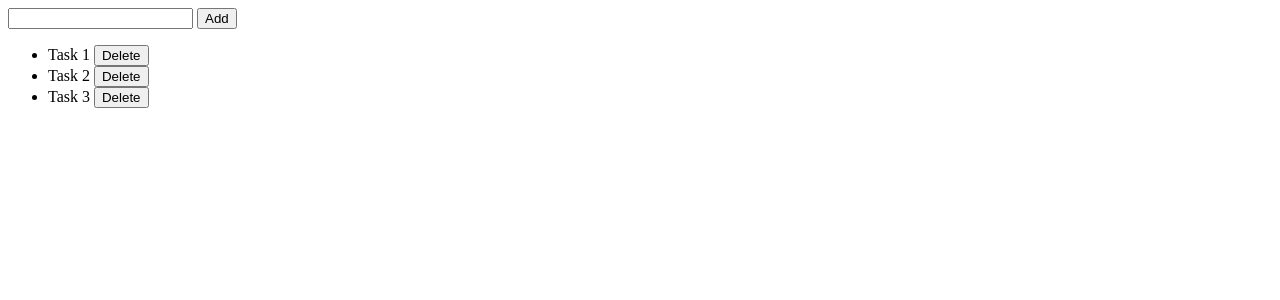
Repository: Haakim19/JavaScript
Page: Todolist/Main.html
An editor plug-in stored every save of this project. The page is shown before and after the next save, followed by the edit.
The browser window is 1280 px wide. The pictures show the whole page.

Above is the page before, as saved 2024-10-21 14:24:27.

After the next save:
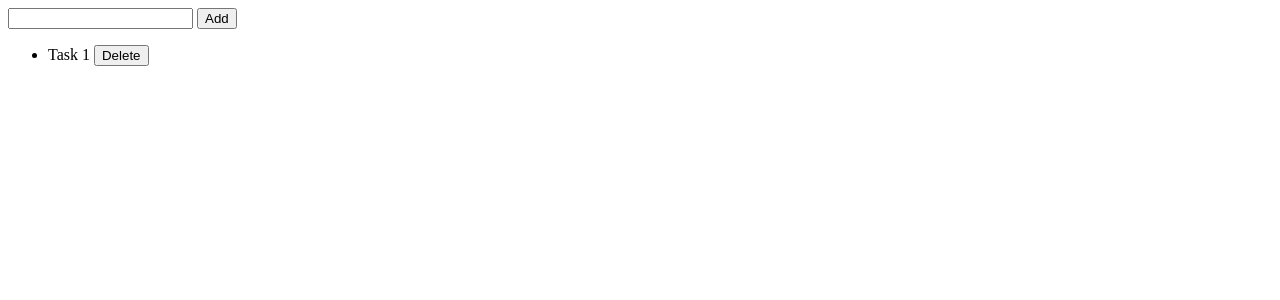
Saved 63 s later.
--- a/Todolist/Main.html
+++ b/Todolist/Main.html
@@ -10,13 +10,7 @@
     <button onclick="addTask()">Add</button>
     <ul  id="listContainer">
         <li>Task 1
-            <button>Delete</button>
-        </li>
-        <li>Task 2
-            <button>Delete</button>
-        </li>
-        <li>Task 3
-            <button>Delete</button>
+            <button onclick="deleteTask(event)">Delete</button>
         </li>
 
     <script>
@@ -24,11 +18,11 @@
         var input = document.getElementById('inputItem');
         function addTask(){
             var listItem = document.createElement('li');
-            listItem.innerHTML = input.value + "<button onclick='deleteTask()'>Delete</button>";
+            listItem.innerHTML = input.value + "<button onclick='deleteTask(event)'>Delete</button>";
             ul.append(listItem);
         }
-        function deleteTask(){
-            event.target.parentElement.remove
+        function deleteTask(event){
+            event.target.parentElement.remove()
         }
     </script>
 </body>
